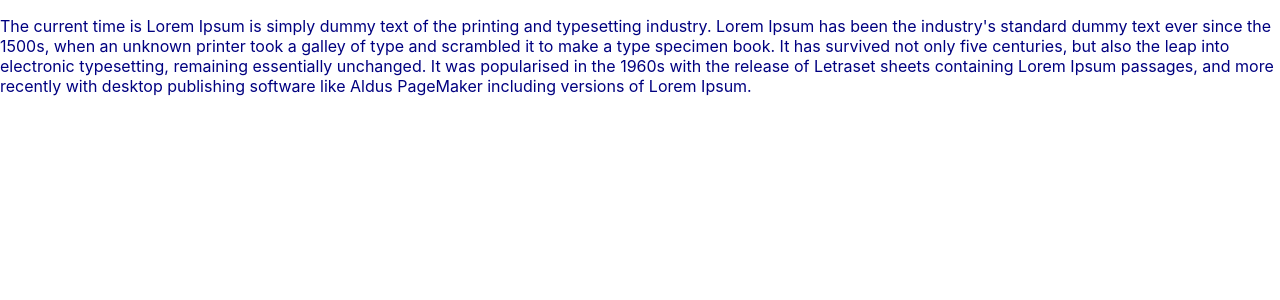
Repository: eg7eg7/Text-Play
Page: /
An editor plug-in stored every save of this project. The page is shown before and after the next save, followed by the edit.
The browser window is 1280 px wide. The pictures show the whole page.
The project was rebuilt for these pictures with package versions that can differ from the ones it lists, and the page was loaded fresh each time.

Above is the page before, as saved 2021-01-11 21:53:47.

### src/index.tsx
import React from 'react';
import ReactDOM from 'react-dom';
import './index.css';
import { TextPlay } from './TextPlay';
import reportWebVitals from './reportWebVitals';

ReactDOM.render(
  <React.StrictMode>
    <TextPlay />
  </React.StrictMode>,
  document.getElementById('root')
);

// If you want to start measuring performance in your app, pass a function
// to log results (for example: reportWebVitals(console.log))
// or send to an analytics endpoint. Learn more: https://bit.ly/CRA-vitals
reportWebVitals();

### src/TextPlay.tsx
import React, { Component } from 'react';
import './TextPlay.css';
type TextState = {
    text: string
}
export class TextPlay extends Component<{}, TextState> {
    tick() {
        this.setState({ text: "Lorem Ipsum is simply dummy text of the printing and typesetting industry. Lorem Ipsum has been the industry's standard dummy text ever since the 1500s, when an unknown printer took a galley of type and scrambled it to make a type specimen book. It has survived not only five centuries, but also the leap into electronic typesetting, remaining essentially unchanged. It was popularised in the 1960s with the release of Letraset sheets containing Lorem Ipsum passages, and more recently with desktop publishing software like Aldus PageMaker including versions of Lorem Ipsum."});
    }

    componentWillMount() {
        this.tick();
    }

    componentDidMount() {
        this.tick();
    }

    render() {
        return <div className="TextPlay"><p>The current time is {this.state.text}</p></div>
      }
}

### src/TextPlay.css
p {
    text-decoration: double;
    color: navy;
    border-left-width: 20px;
}

/* TextPlay {

} */

Loaded but not shown: public/index.html (common file); src/index.css (common file); src/reportWebVitals.ts (common file)

After the next save:
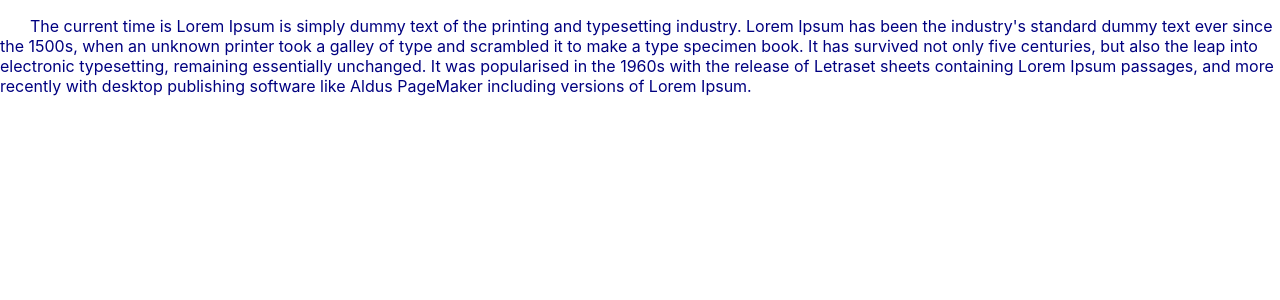
Saved 14 s later.
--- a/src/TextPlay.css
+++ b/src/TextPlay.css
@@ -1,7 +1,7 @@
 p {
     text-decoration: double;
     color: navy;
-    border-left-width: 20px;
+    text-indent: 30px;
 }
 
 /* TextPlay {

After the 3 saves that followed:
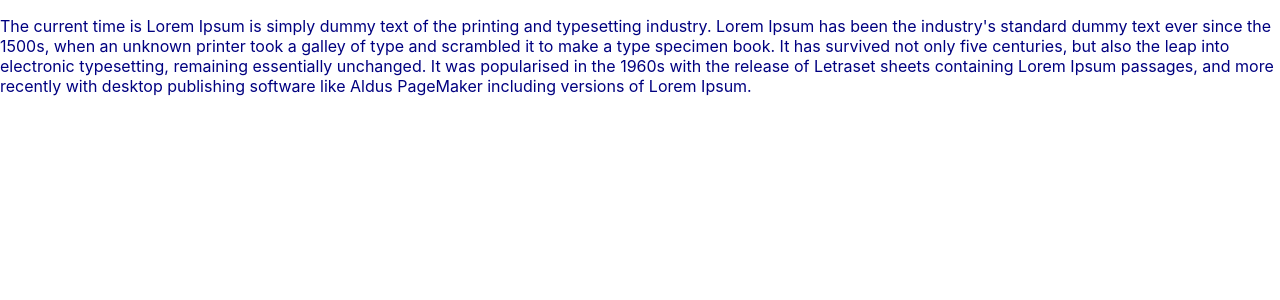
The 3 saves are shown as one change because 2 left the picture as it was.
The last was saved 25 s later.
--- a/src/TextPlay.css
+++ b/src/TextPlay.css
@@ -1,7 +1,8 @@
 p {
     text-decoration: double;
     color: navy;
-    text-indent: 30px;
+    /* text-indent: 30px; */
+    display: block;
 }
 
 /* TextPlay {
